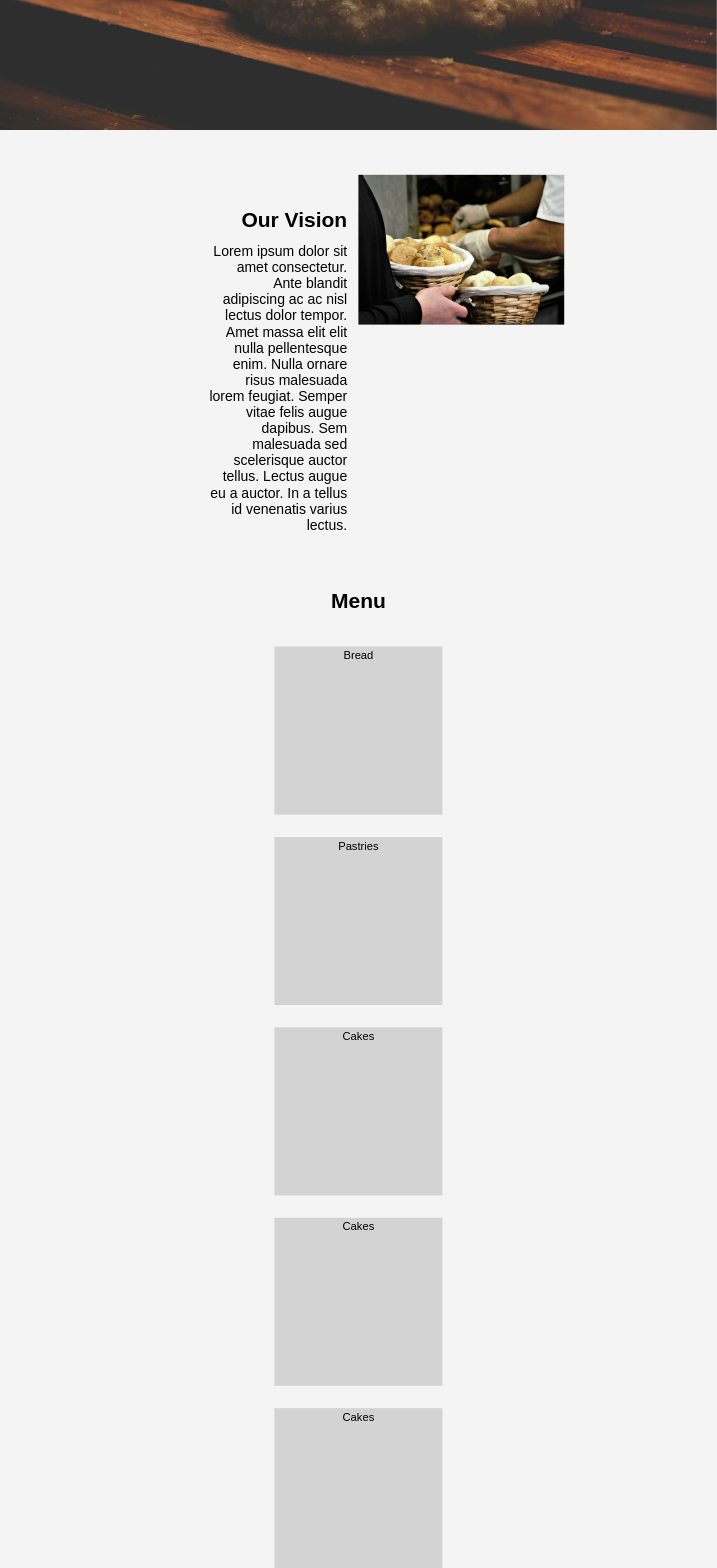
Repository: MelissaJacobi/COMP3170-final-proj
Page: /
The author's editor kept a copy of each file at every save. The page is drawn from the files as they stood at one save, then again after the next save.
The browser window is 1024 px wide. The pictures show the part of the page from y = 454 to 2694 px (the page is 3256 px tall before and 3439 px after), at 70% of full size.
The project was rebuilt for these pictures with package versions that can differ from the ones it lists, and the page was loaded fresh each time. Also part of the build but not shown: vite.config.js, src/pages/Menu.module.css, src/pages/Menu.jsx, src/components/Product.module.css, src/components/product.jsx, src/pages/Bread.module.css, src/pages/Bread.jsx, src/pages/Pastries.jsx and 3 more.

Above is the page before, as saved 2024-10-07 21:08:42.

After the next save:
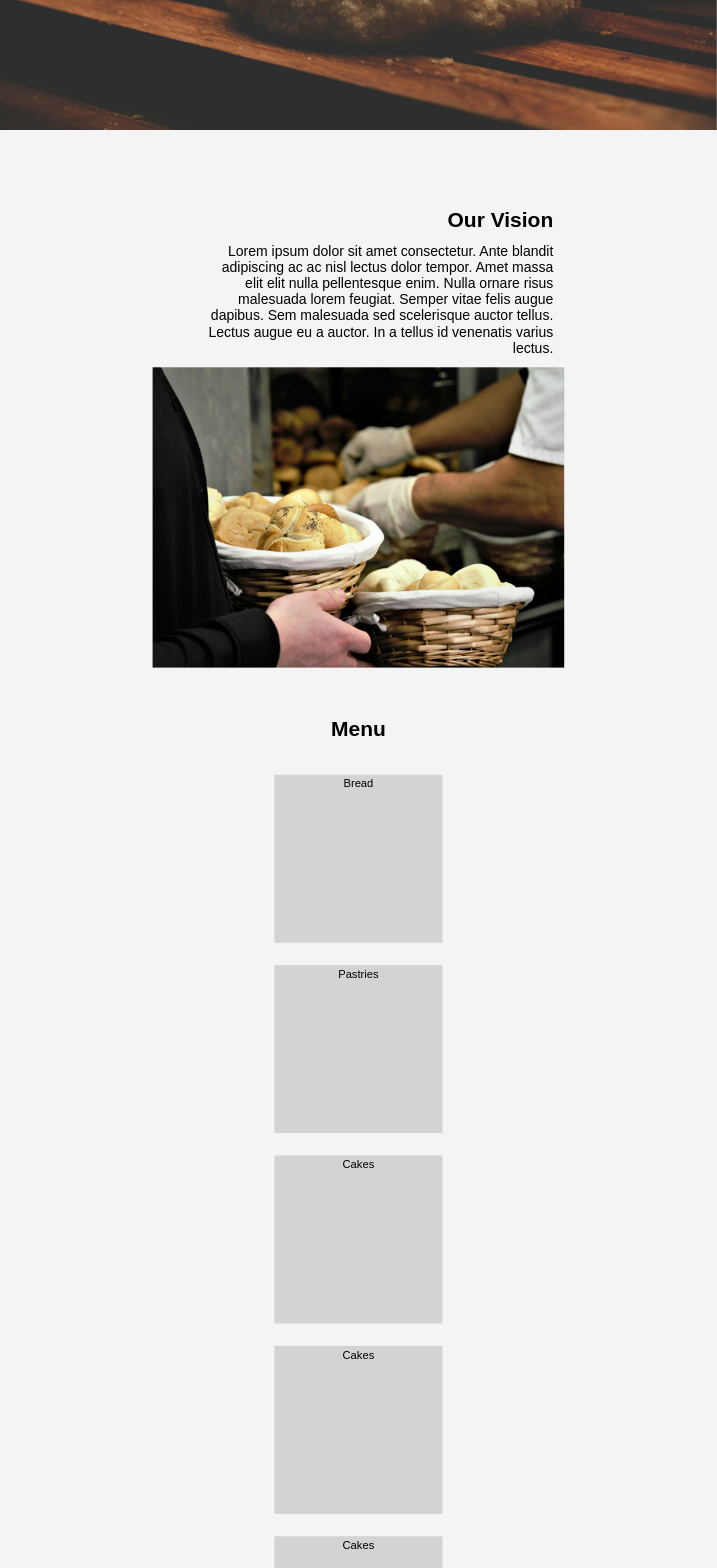
Saved 12 s later.
--- a/src/components/Vision.module.css
+++ b/src/components/Vision.module.css
@@ -43,7 +43,7 @@
     }
   }
 
-  @media (max-width: 1200) {
+  @media (max-width: 1200px) {
     .vision {
       display:block;
     }
